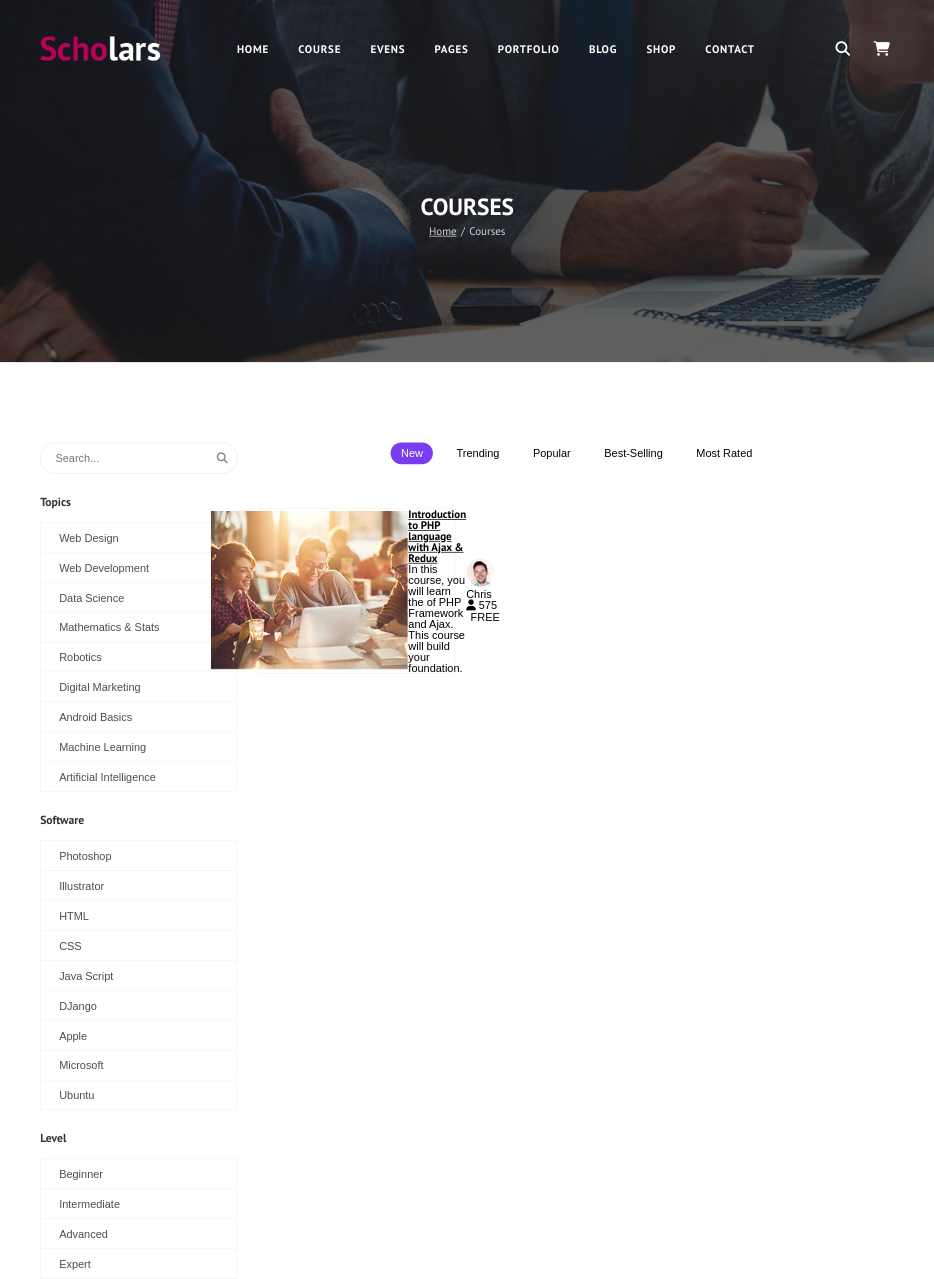
Repository: lannguyen1301/f8-zoom-day-7
Page: index.html
The author's editor kept a copy of each file at every save. The page is drawn from the files as they stood at one save, then again after the next save.
The browser window is 1280 px wide. The pictures show the whole page, at 73% of full size.
Some web fonts or font styles are not loaded; a fallback is used.

Above is the page before, as saved 2025-04-25 06:56:28.

### index.html
<!DOCTYPE html>
<html lang="en">

<head>
    <meta charset="UTF-8">
    <meta name="viewport" content="width=device-width, initial-scale=1.0">
    <title>Scholars - Education, University & LMS HTML Template</title>

    <!-- Styles -->
    <link rel="stylesheet" href="./assets/css/reset.css">
    <link rel="stylesheet" href="./assets/css/style.css">

    <!-- Icon Font Awesome -->
    <link rel="stylesheet" href="https://cdnjs.cloudflare.com/ajax/libs/font-awesome/6.7.2/css/all.min.css"
        integrity="sha512-Evv84Mr4kqVGRNSgIGL/F/aIDqQb7xQ2vcrdIwxfjThSH8CSR7PBEakCr51Ck+w+/U6swU2Im1vVX0SVk9ABhg=="
        crossorigin="anonymous" referrerpolicy="no-referrer" />

    <!-- Font -->
    <link rel="preconnect" href="https://fonts.googleapis.com">
    <link rel="preconnect" href="https://fonts.gstatic.com" crossorigin>

    <link
        href="https://fonts.googleapis.com/css2?family=PT+Sans:ital,wght@0,400;0,700;1,400;1,700&family=Source+Sans+3:ital,wght@0,200..900;1,200..900&display=swap"
        rel="stylesheet">
</head>

<body>
    <div class="wrapper">
        <!-- Start header wrapper -->
        <div class="header-wrapper">
            <div class="inner">
                <div class="container header-container">
                    <!-- Start Header -->
                    <div class="header">
                        <!-- logo -->
                        <a href="./">
                            <img src="./assets/img/logo/logo.png" alt="Scholars Logo" class="header-logo">
                        </a>

                        <!-- Start Navigation -->
                        <ul class="nav">
                            <li class="item">
                                <a href="#!" class="link">Home</a>
                            </li>
                            <li class="item">
                                <a href="#!" class="link">Course</a>
                            </li>
                            <li class="item">
                                <a href="#!" class="link">Evens</a>
                            </li>
                            <li class="item">
                                <a href="#!" class="link">pages</a>
                            </li>
                            <li class="item">
                                <a href="#!" class="link">Portfolio</a>
                            </li>
                            <li class="item">
                                <a href="#!" class="link">Blog</a>
                            </li>
                            <li class="item">
                                <a href="#!" class="link">Shop</a>
                            </li>
                            <li class="item">
                                <a href="#!" class="link">Contact</a>
                            </li>
                        </ul>
                        <!-- End Navigation -->

                        <!-- User action -->
                        <div class="action-wrapper">
                            <button class="action-btn">
                                <i class="fa-solid fa-magnifying-glass"></i>
                            </button>
                            <button class="action-btn">
                                <i class="fa-solid fa-cart-shopping"></i>
                            </button>
                        </div>
                    </div>
                    <!-- End Header -->

                    <!-- Start Header Content -->
                    <div class="header-content">
                        <h1 class="heading">COURSES</h1>
                        <ul class="breadcrumb">
                            <li>
                                <a href="#!">Home</a>
                            </li>
                            <li>Courses</li>
                        </ul>
                    </div>
                    <!-- End Header Content -->
                </div>
            </div>
        </div>
        <!-- End header wrapper -->

        <!-- Start main -->
        <div class="main">
            <div class="container">
                <div class="inner">
                    <!-- Start sidebar -->
                    <div class="sidebar">
                        <!-- Start search form -->
                        <form action="" class="search-form" autocomplete="off">
                            <input type="text" name="" id="" placeholder="Search..." spellcheck="false"
                                class="search-input">
                            <button class="search-btn">
                                <i class="fa-solid fa-magnifying-glass"></i>
                            </button>
                        </form>
                        <!-- End search form -->

                        <!-- Start sidebar menu -->
                        <h2 class="menu-title">
                            Topics
                        </h2>
                        <ul class="menu">
                            <li>
                                <a href="#!">Web Design</a>
                            </li>
                            <li>
                                <a href="#!">Web Development</a>
                            </li>
                            <li>
                                <a href="#!">Data Science</a>
                            </li>
                            <li>
                                <a href="#!">Mathematics & Stats</a>
                            </li>
                            <li>
                                <a href="#!">Robotics</a>
                            </li>
                            <li>
                                <a href="#!">Digital Marketing</a>
                            </li>
                            <li>
                                <a href="#!">Android Basics</a>
                            </li>
                            <li>
                                <a href="#!">Machine Learning</a>
                            </li>
                            <li>
                                <a href="#!">Artificial Intelligence</a>
                            </li>
                        </ul>

                        <h2 class="menu-title">
                            Software
                        </h2>
                        <ul class="menu">
                            <li>
                                <a href="#!">Photoshop</a>
                            </li>
                            <li>
                                <a href="#!">Illustrator</a>
                            </li>
                            <li>
                                <a href="#!">HTML</a>
                            </li>
                            <li>
                                <a href="#!">CSS</a>
                            </li>
                            <li>
                                <a href="#!">Java Script</a>
                            </li>
                            <li>
                                <a href="#!">DJango</a>
                            </li>
                            <li>
                                <a href="#!">Apple</a>
                            </li>
                            <li>
                                <a href="#!">Microsoft</a>
                            </li>
                            <li>
                                <a href="#!">Ubuntu</a>
                            </li>
                        </ul>

                        <h2 class="menu-title">
                            Level
                        </h2>
                        <ul class="menu">
                            <li>
                                <a href="#!">Beginner</a>
                            </li>
                            <li>
                                <a href="#!">Intermediate</a>
                            </li>
                            <li>
                                <a href="#!">Advanced</a>
                            </li>
                            <li>
                                <a href="#!">Expert</a>
                            </li>
                        </ul>
                        <!-- End sidebar menu -->
                    </div>
                    <!-- End sidebar -->

                    <!-- Start main content -->
                    <div class="main-content">
                        <!-- Start topics -->
                        <ul class="topics">
                            <li class="active">
                                <a href="#!">New</a>
                            </li>
                            <li>
                                <a href="#!">Trending</a>
                            </li>
                            <li>
                                <a href="#!">Popular</a>
                            </li>
                            <li>
                                <a href="#!">Best-Selling</a>
                            </li>
                            <li>
                                <a href="#!">Most Rated</a>
                            </li>
                        </ul>
                        <!-- End topics -->

                        <!-- Start Courses lisst -->
                        <div class="courses-list">
                            <div class="courses-item">
                                <a href="#!" class="thumb-wrapper">
                                    <img src="./assets/img/courses-img/course-1.jpg" alt="" class="course-thumb">
                                </a>
                                <div class="course-info">
                                    <h3 class="course-title">
                                        <a href="#!">Introduction to PHP language with Ajax & Redux</a>
                                    </h3>
                                    <p class="course-desc">
                                        In this course, you will learn the of PHP Framework and Ajax. This course will
                                        build your foundation.
                                    </p>
                                </div>
                                <div class="course-bottom">
                                    <div>
                                        <img src="./assets/img/avatar/avatar-author-1.jpg" alt="" class="avatar">

                                        <span>Chris</span>
                                    </div>
                                    <div>
                                        <i class="fa-solid fa-user"></i>
                                        <span>575</span>
                                    </div>
                                    <button class="course-btn">FREE</button>
                                </div>
                            </div>
                        </div>
                        <!-- End Courses lisst -->
                    </div>
                    <!-- End main content -->
                </div>
            </div>
        </div>
        <!-- End main -->
    </div>

</body>

</html>

### assets/css/style.css
*,
::before,
::after {
    box-sizing: border-box;
}

:root {
    --heading-font: "PT Sans", sans-serif;
    --black: #000;
    --white: #fff;
    --primary: #b80257;
    --secondary: #783df0;
}

html {
    font-size: 62.5%;
}

body {
    scroll-behavior: smooth;
    font-family: "Source Sans 3", sans-serif;
    font-size: 1.5rem;
}

h1,
h2,
h3,
h4,
h5,
h6 {
    font-family: var(--heading-font);
    font-weight: 700;
}

input,
button {
    border: none;
    outline: none;
    background: transparent;
    cursor: pointer;
}

a,
img,
button,
input,
textarea,
select {
    font-size: inherit;
    font-family: inherit;
    color: inherit;
    -webkit-tap-highlight-color: transparent;
    /**
        Thuộc tính -webkit-tap-highlight-color được sử dụng trong CSS
        để kiểm soát hiệu ứng highlight (màu nhấp nháy) khi người dùng chạm vào
        một phần tử trên các thiết bị di động sử dụng trình duyệt WebKit (Safari, Chrome trên iOS).
    **/
}

.container {
    width: 1170px;
    max-width: 100%;
    margin: 0 auto;
}

/* Start header wrapper */
.header-wrapper {
    display: flex;
    width: 100%;
    min-height: 496px;
    background-image: url(../img/banner/banner-2.jpg);
    background-repeat: no-repeat;
    background-size: cover;
    background-position: center;
}

.header-wrapper .inner {
    display: flex;
    width: 100%;
    background: rgba(0, 0, 0, 0.6);
}

.header-container {
    display: flex;
    flex-direction: column;
}

.header {
    display: flex;
    align-items: center;
    justify-content: space-between;
    padding-top: 40px;
}

.header-content {
    display: flex;
    flex-direction: column;
    align-items: center;
    justify-content: center;
    gap: 10px;
    flex-grow: 1;
    color: var(--white);
}

.header .nav {
    display: flex;
}

.nav a {
    display: inline-block;
    padding: 20px;
    color: var(--white);
    text-transform: uppercase;
    text-decoration: none;
    font-family: var(--heading-font);
    font-weight: 700;
    font-size: 1.5rem;
    letter-spacing: 1.1px;
}

.action-wrapper {
    display: flex;
    align-items: center;
    justify-content: center;
    gap: 20px;
}

.action-btn {
    font-size: 2rem;
    color: var(--white);
}

h1.heading {
    font-size: 3.2rem;
}

.breadcrumb {
    display: flex;
    font-family: var(--heading-font);
    font-size: 1.5rem;
    color: #fffc;
}

.breadcrumb li + li::before {
    content: "/";
    padding: 0 6px;
}

/* Start main */
.main {
    margin-top: 110px;
}

.main .inner {
    display: flex;
    gap: 30px;
}

/* Start sidebar */
.sidebar {
    width: 270px;
}

.search-form {
    display: flex;
    align-items: center;
    height: 43px;
    border: 1px solid #00000017;
    border-radius: 20px;
    overflow: hidden;
}

.search-input {
    flex-grow: 1;
    padding-left: 20px;
}

.search-input:not(:placeholder-shown) + .search-btn {
    color: #333;
}

.search-btn {
    padding: 0 20px;
    /* height: 100%; */
    align-self: stretch;
    color: #00000080;
}

.menu-title {
    margin-top: 30px;
    color: #333;
    font-size: 1.6rem;
}

ul.menu {
    margin-top: 20px;
    border: 1px solid #0000000d;
}

ul.menu li + li {
    border-top: 1px solid #0000000d;
}

.menu a {
    display: flex;
    align-items: center;
    height: 40px;
    padding: 0 25px;
    color: #000000b3;
    text-decoration: none;
}

.menu a:hover {
    color: var(--secondary);
}

.main .main-content {
    flex-grow: 1;
}

/* Topics */
.topics {
    display: flex;
    gap: 18px;
    justify-content: center;
}

.topics a {
    display: inline-block;
    height: 30px;
    padding: 0 14px;
    border-radius: 999px;
    text-decoration: none;
    line-height: 30px;
}

.topics .active a,
.topics a:hover {
    background: var(--secondary);
    /* border-radius: 999px; */
    color: var(--white);
}

/* Courses list */
.courses-list {
    --columns: 3;
    --spacing: 30px;

    display: flex;
    flex-wrap: wrap;
    row-gap: var(--spacing);
    margin-top: 60px;
    margin-left: calc(-1 * var(--spacing));
}

.courses-item {
    display: flex;
    align-items: center;
    justify-content: center;
    width: calc(100% / var(--columns) - var(--spacing));
    margin-left: var(--spacing);
    border: 1px solid #0000000d;
}

.courses-item .thumb-wrapper {
    display: block;
    aspect-ratio: 1 / 0.8;
    /* 270 / 217
    hoặc ghi 1.24
     */
}

Loaded but not shown: assets/css/reset.css (common file)

After the next save:
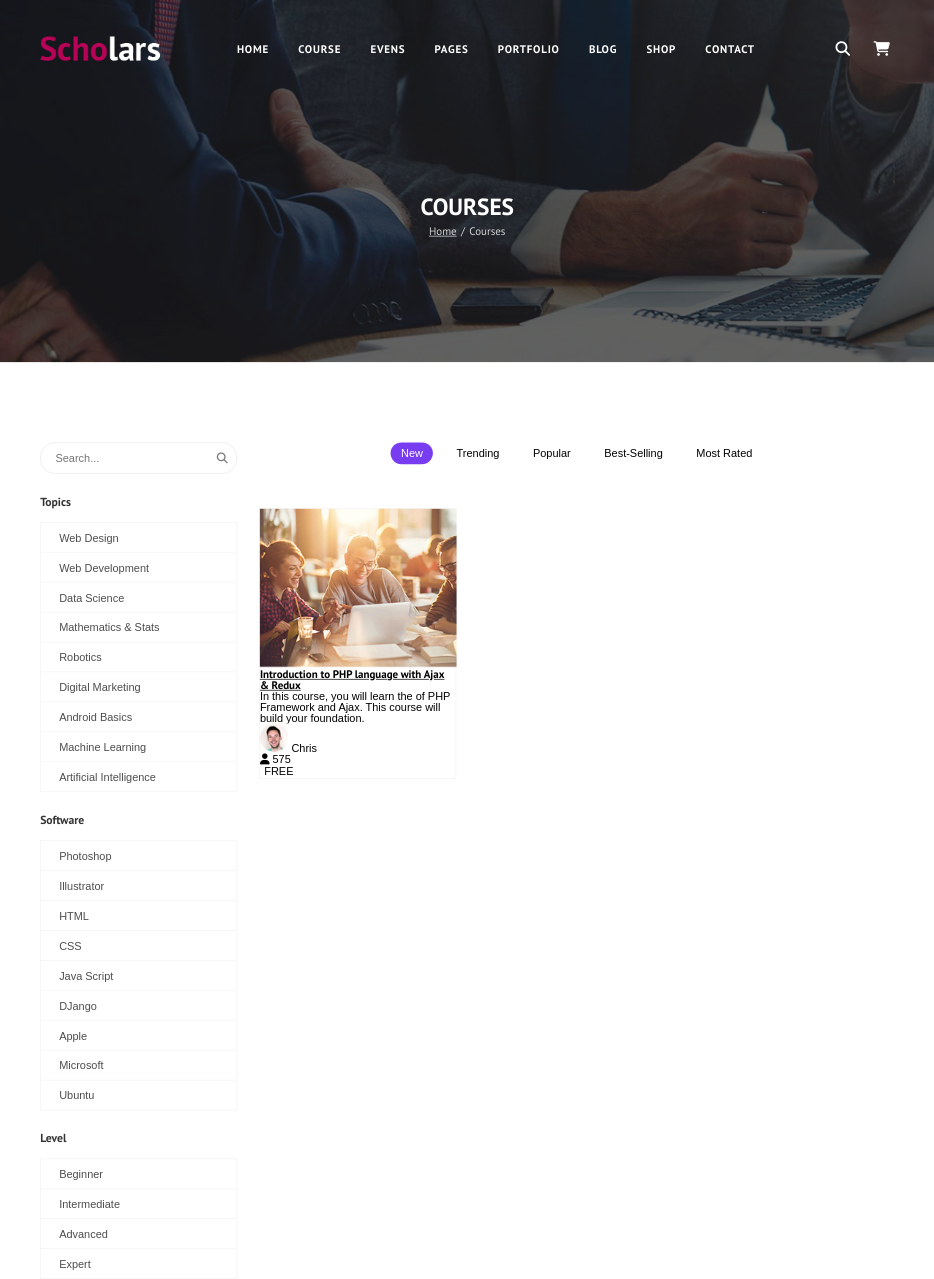
Saved 96 s later.
--- a/assets/css/style.css
+++ b/assets/css/style.css
@@ -254,9 +254,9 @@ ul.menu li + li {
 }
 
 .courses-item {
-    display: flex;
-    align-items: center;
-    justify-content: center;
+    /* display: flex;
+    align-items: center;
+    justify-content: center; */
     width: calc(100% / var(--columns) - var(--spacing));
     margin-left: var(--spacing);
     border: 1px solid #0000000d;
